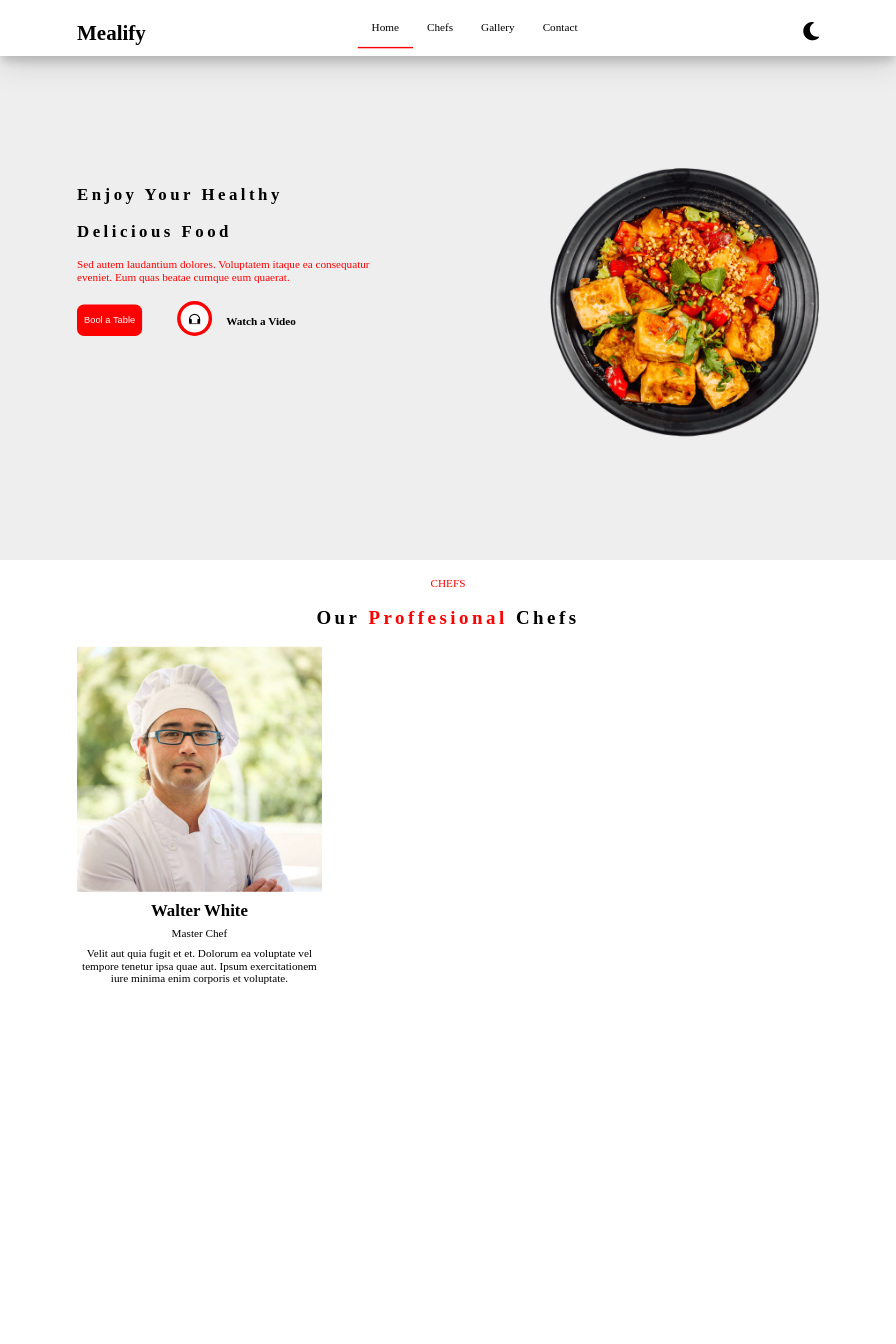
Repository: Ahmedalid/New-project
Page: Rout/index.html
These files come from the project's save history. The page is drawn as it stood at one moment and after the next save; the edit follows.
The browser window is 1280 px wide. The pictures show the part of the page from y = 0 to 1920 px (the page is 5000 px tall), at 70% of full size.
The pointer rests on the first visible `.card-img`.

Above is the page before, as saved 2023-06-08 11:03:51.

After the next save:
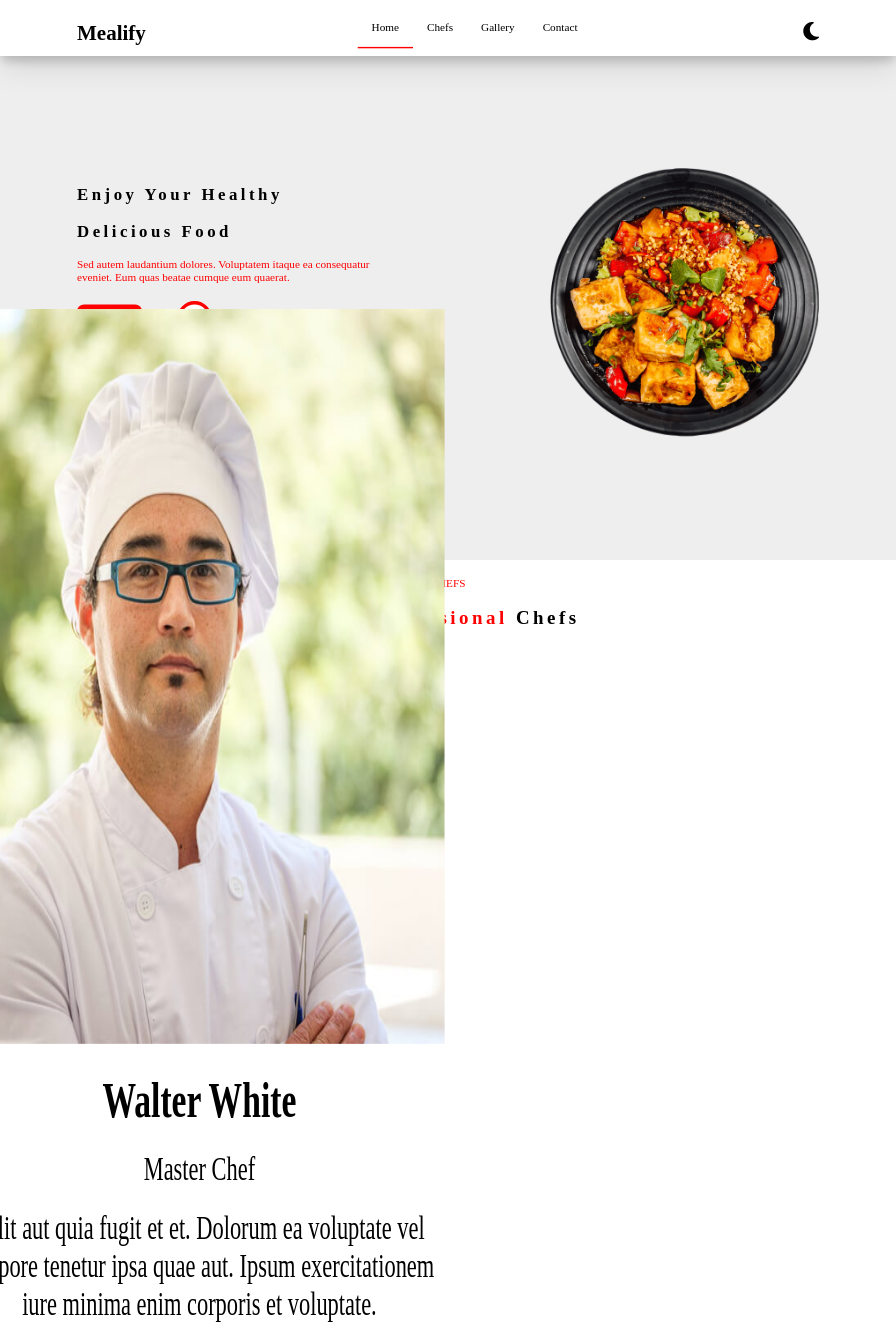
Saved 4 s later.
--- a/Rout/css/style.css
+++ b/Rout/css/style.css
@@ -146,7 +146,7 @@
     font-weight:bold;
 }
 .card-img:hover{
-    transform: scale(2, 3)
+    transform: scale(2, 3);
     cursor: pointer;
     transition: 0.5s;
 }

After the 2 saves that followed:
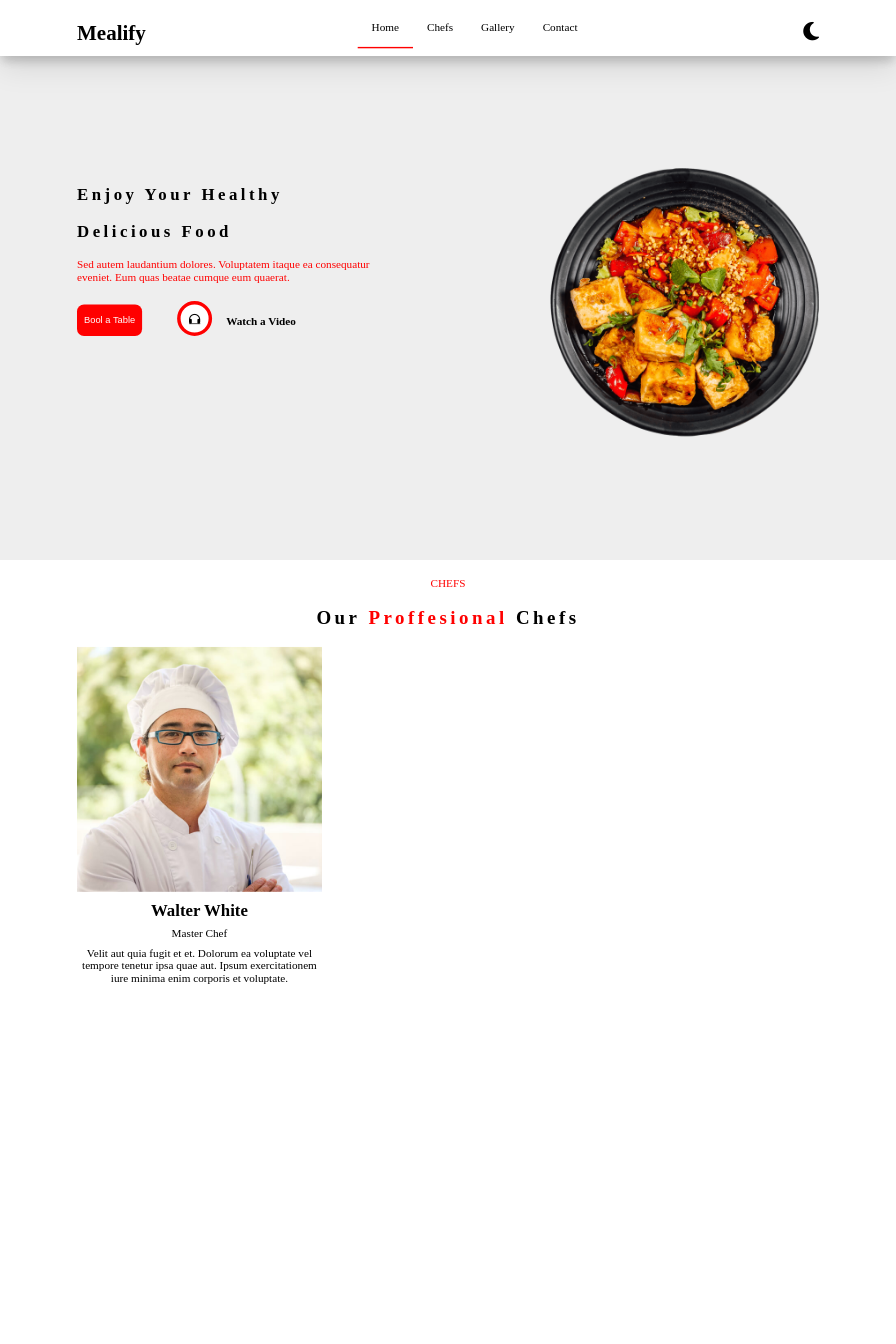
The 2 saves are shown as one change because they came seconds apart.
The last was saved 16 s later.
--- a/Rout/css/style.css
+++ b/Rout/css/style.css
@@ -146,7 +146,7 @@
     font-weight:bold;
 }
 .card-img:hover{
-    transform: scale(2, 3);
+    transform: scale(1, 1);
     cursor: pointer;
     transition: 0.5s;
 }
